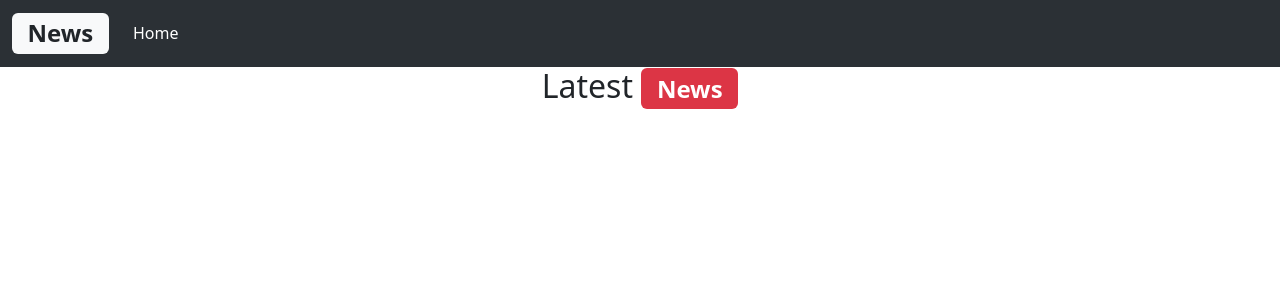
Repository: sshaiv/News_app
Page: /signup
An editor plug-in stored every save of this project. The page is shown before and after the next save, followed by the edit.
The browser window is 1280 px wide. The pictures show the whole page.
The page's requests for data from a server got no answer. The project was rebuilt for these pictures with package versions that can differ from the ones it lists, and the page was loaded fresh each time. No one was signed in, and anything a server would have sent is missing. Also part of the build but not shown: vite.config.js, src/Components/NewsItem.jsx, src/index.css.

Above is the page before, as saved 2024-07-15 12:15:01.

### index.html
<!doctype html>
<html lang="en">
  <head>
    <meta charset="UTF-8" />

    <meta name="viewport" content="width=device-width, initial-scale=1.0" />
    <title>News Mag</title>
    <link href="https://cdn.jsdelivr.net/npm/bootstrap@5.3.3/dist/css/bootstrap.min.css" rel="stylesheet" integrity="sha384-QWTKZyjpPEjISv5WaRU9OFeRpok6YctnYmDr5pNlyT2bRjXh0JMhjY6hW+ALEwIH" crossorigin="anonymous">
  </head>
  <body>
    <div id="root"></div>
    <script type="module" src="/src/main.jsx"></script>
    <script src="https://cdn.jsdelivr.net/npm/bootstrap@5.3.3/dist/js/bootstrap.bundle.min.js" integrity="sha384-YvpcrYf0tY3lHB60NNkmXc5s9fDVZLESaAA55NDzOxhy9GkcIdslK1eN7N6jIeHz" crossorigin="anonymous"></script>
  </body>
</html>

### src/App.jsx
// import React from 'react'
import Navbar from "./Components/Navbar"
import NewsBoard from "./Components/NewsBoard"
const App = () => {
  return (
    <div>
    <Navbar/>
    <NewsBoard/>


    </div>
  )
}

export default App

### src/Components/Navbar.jsx


const Navbar = () => {
  return (
    <div>
      <nav className="navbar navbar-expand-lg bg-body-tertiary" data-bs-theme="dark">
  <div className="container-fluid">
    <a className="navbar-brand" href="#"> <span className="badge bg-light  text-dark fs-4">News</span> </a>
    <button className="navbar-toggler" type="button" data-bs-toggle="collapse" data-bs-target="#navbarNav" aria-controls="navbarNav" aria-expanded="false" aria-label="Toggle navigation">
      <span className="navbar-toggler-icon"></span>
    </button>
    <div className="collapse navbar-collapse" id="navbarNav">
      <ul className="navbar-nav">
        <li className="nav-item">
          <a className="nav-link active" aria-current="page" href="#">Home</a>
        </li>
      </ul>

    </div>


  </div>
</nav>
    </div>
  )
}

export default Navbar

### src/Components/NewsBoard.jsx
import { useEffect } from "react";
import { useState } from "react"
import NewsItem from "./NewsItem";

const NewsBoard = () => {

    const [articles,setArticles]=useState([]);

useEffect(()=>{
    let url = `https://newsapi.org/v2/top-headlines?country=us&category=business&apiKey=${import.meta.env.VITE_API_KEY}`;
    fetch(url).then(response=>response.json()).then(data=>setArticles(data.articles));
},[])

  return (
    <div>
      <h2 className="text-center">Latest <span className="badge bg-danger">News</span> </h2>
    {articles.map((news,index)=>{
        return <NewsItem key={index} title={news.title} description={news.description} src={news.urlToImage}  url={news.url} />
    })}
    </div>
  )
}

export default NewsBoard

Loaded but not shown: src/main.jsx (common file)

After the next save:
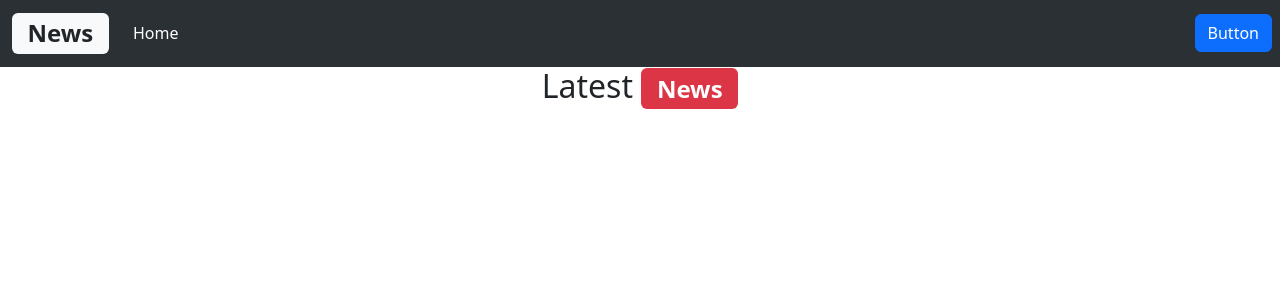
Saved 30 s later.
--- a/src/Components/Navbar.jsx
+++ b/src/Components/Navbar.jsx
@@ -20,6 +20,10 @@
 
 
   </div>
+
+  <div class="d-grid gap-2 d-md-flex justify-content-md-end">
+  <button class="btn btn-primary me-md-2" type="button">Button</button>
+</div>
 </nav>
     </div>
   )

After the 2 saves that followed:
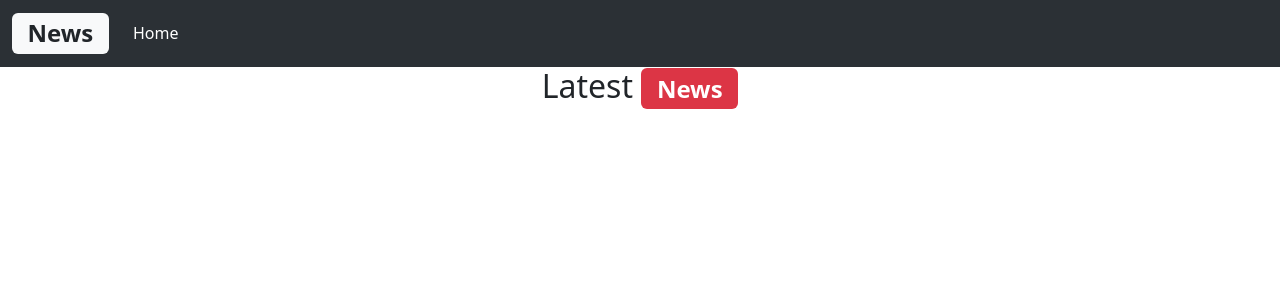
The 2 saves are shown as one change because they came seconds apart.
The last was saved 42 s later.
--- a/src/Components/Navbar.jsx
+++ b/src/Components/Navbar.jsx
@@ -21,9 +21,6 @@
 
   </div>
 
-  <div class="d-grid gap-2 d-md-flex justify-content-md-end">
-  <button class="btn btn-primary me-md-2" type="button">Button</button>
-</div>
 </nav>
     </div>
   )
